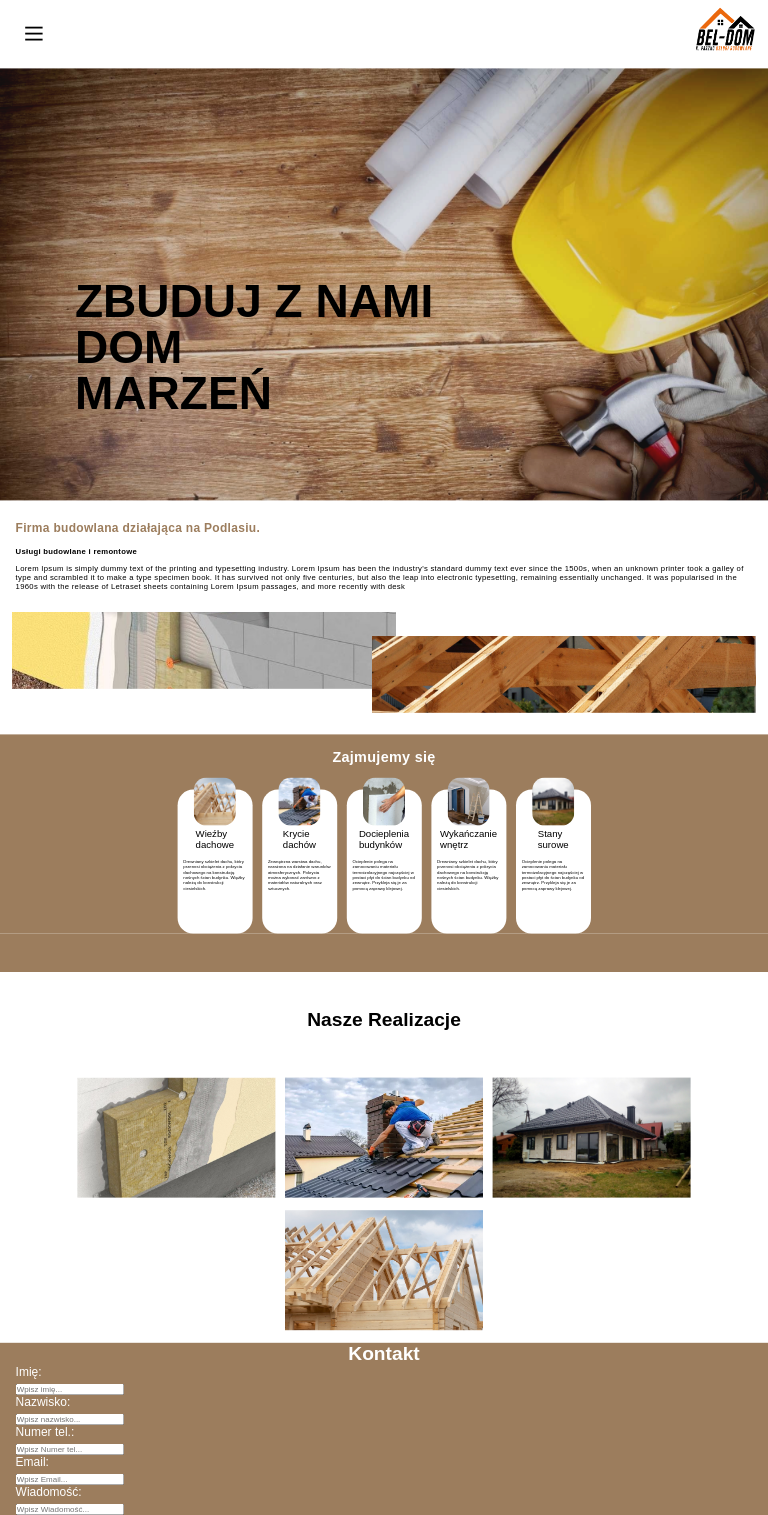
Repository: JakubPaszko2001/bel
Page: index.html
An editor plug-in stored every save of this project. The page is shown before and after the next save, followed by the edit.
The browser window is 1280 px wide. The pictures show the whole page, at 60% of full size.
Some web fonts or font styles are not loaded; a fallback is used.

Above is the page before, as saved 2022-03-05 17:05:59.

### index.html
<!DOCTYPE html>
<html lang="pl-PL">
<head>
    <meta charset="UTF-8">
    <meta http-equiv="X-UA-Compatible" content="IE=edge">
    <meta name="viewport" content="width=device-width, initial-scale=1.0">
    <title>BEL-DOM</title>
    <link rel="preconnect" href="https://fonts.googleapis.com">
    <link rel="preconnect" href="https://fonts.gstatic.com" crossorigin>
    <link href="https://fonts.googleapis.com/css2?family=Prompt:wght@300;400;700&display=swap" rel="stylesheet">
    <link rel="stylesheet" href="style.css">
    <link rel="stylesheet" href="lightbox.min.css">
    <script src="./js/lightbox-plus-jquery.min.js"></script>
</head>
<body>
<!-- HEADER -->
<header>
    <div class="container">
        <!-- SPAN -->
        <button class="hamburger">
            <span class="hamburger--menu">
                <span class="hamburger__inner"></span>
            </span>
        </button>
        <!-- LOGO -->
        <div class="header__logo">
            <img class="logo__pic" src="./images/logo.png" alt="logo">
        </div>
    </div>
</header>
<!-- MAIN -->
<main>
    <!-- NAV -->
    <div class="navigation">
        <ul class="navigation--list">
            <li class="navigation__item"><a href="#">jeden</a></li>
            <li class="navigation__item"><a href="#">dwa</a></li>
            <li class="navigation__item"><a href="#">trzy</a></li>
            <li class="navigation__item"><a href="#">cztery</a></li>
        </ul>
    </div>
    <!-- MAIN CONTAINER -->
    <div class="main--container">
        <div class="background__pic">
            <img src="./images/tlo1.png" alt="background">
        </div>
    <!-- TEXT ON IMG -->
        <h1 class="text">ZBUDUJ Z NAMI <br>DOM <br> MARZEŃ</h1>
    </div>
    <!-- TEXT -->
    <div class="main--text">
        <h1 class="main__text-h1">Firma budowlana działająca na Podlasiu.</h1>
        <h3 class="main__text-h3">Usługi budowlane i remontowe</h3>
        <h4 class="main__text-h4">Lorem Ipsum is simply dummy text of the printing and typesetting industry. Lorem Ipsum has been the industry's standard dummy text ever since the 1500s, when an unknown printer took a galley of type and scrambled it to make a type specimen book. It has survived not only five centuries, but also the leap into electronic typesetting, remaining essentially unchanged. It was popularised in the 1960s with the release of Letraset sheets containing Lorem Ipsum passages, and more recently with desk</h4>
    </div>
    <!-- PHOTOS -->
    <div class="main--photos">
        <img class="photo photo1" src="./images/docieplenie1.png" alt="photo2">
        <img class="photo photo2" src="./images/wiezby.png" alt="photo1">
    </div>
    <!-- CARDS -->
    <div class="cards--container">
        <h2 class="text-h2">Zajmujemy się</h2>
        <div class="cards--container__main">
            <div class="card">
                <div class="card-img">
                    <img class="card-img_style" src="./images/wiezby2.png" alt="wiezby">
                </div>
                <div class="card-title">
                    <div class="h1-title">Wieźby<br>dachowe</div>
                </div>
                <div class="card-text">
                    <div class="h1-text">Drewniany szkielet dachu, który przenosi obciążenia z pokrycia dachowego na konstrukcję nośnych ścian budynku. Więźby należą do konstrukcji ciesielskich.</div>
                </div>
            </div>
            <div class="card">
                <div class="card-img">
                    <img class="card-img_style" src="./images/krycie.png" alt="wiezby">
                </div>
                <div class="card-title">
                    <div class="h1-title">Krycie<br>dachów</div>
                </div>
                <div class="card-text">
                    <div class="h1-text">Zewnętrzna warstwa dachu, narażona na działanie warunków atmosferycznych. Pokrycia można wykonać zarówno z materiałów naturalnych oraz sztucznych.</div>
                </div>
            </div>
            <div class="card">
                <div class="card-img">
                    <img class="card-img_style" src="./images/docieplenie2.png" alt="wiezby">
                </div>
                <div class="card-title">
                    <div class="h1-title">Docieplenia<br>budynków</div>
                </div>
                <div class="card-text">
                    <div class="h1-text">Ocieplenie polega na zamocowaniu materiału termoizolacyjnego najczęściej w postaci płyt do ścian budynku od zewnątrz. Przykleja się je za pomocą zaprawy klejowej.</div>
                </div>
            </div>
            <div class="card">
                <div class="card-img">
                    <img class="card-img_style" src="./images/wnetrza.png" alt="wiezby">
                </div>
                <div class="card-title">
                    <div class="h1-title">Wykańczanie<br>wnętrz</div>
                </div>
                <div class="card-text">
                    <div class="h1-text">Drewniany szkielet dachu, który przenosi obciążenia z pokrycia dachowego na konstrukcję nośnych ścian budynku. Więźby należą do konstrukcji ciesielskich.</div>
                </div>
            </div>
            <div class="card">
                <div class="card-img">
                    <img class="card-img_style" src="./images/surowe.png" alt="wiezby">
                </div>
                <div class="card-title">
                    <div class="h1-title">Stany<br>surowe</div>
                </div>
                <div class="card-text">
                    <div class="h1-text">Ocieplenie polega na zamocowaniu materiału termoizolacyjnego najczęściej w postaci płyt do ścian budynku od zewnątrz. Przykleja się je za pomocą zaprawy klejowej.</div>
                </div>
            </div>
        </div>
    </div>
    <div class="brown"></div>
    <div class="realisation-text">
        <h1 class="realisation-h1">Nasze Realizacje</h1>
    </div>
    <div class="gallery">
        <a href="./images/docieplenie.png" data-lightbox="mygallery"><img class="gallery-img" src="./images/nazwa.png"></a>
        <a href="./images/krycie.png" data-lightbox="mygallery"><img class="gallery-img" src="./images/krycie.png"></a>
        <a href="./images/surowe.png" data-lightbox="mygallery"><img class="gallery-img" src="./images/surowe.png"></a>
        <a href="./images/wiezby2.png" data-lightbox="mygallery"><img class="gallery-img" src="./images/wiezby2.png"></a>
    </div>
    <div class="contact">
        <div class="contact-title">
            <h1>Kontakt</h1>
        </div>
        <div class="contact-text">
            <p class="contact-text-title">Imię:</p><br>
            <input placeholder="Wpisz imię..."></input>
            <p class="contact-text-title">Nazwisko:</p><br>
            <input placeholder="Wpisz nazwisko..."></input>
            <p class="contact-text-title">Numer tel.:</p><br>
            <input placeholder="Wpisz Numer tel..."></input>
            <p class="contact-text-title">Email:</p><br>
            <input placeholder="Wpisz Email..."></input>
            <p class="contact-text-title">Wiadomość:</p><br>
            <input placeholder="Wpisz Wiadomość..."></input>
        </div>
    </div>
</main>
<!-- JS -->
<script src="./js/script.js" type="text/javascript"></script>
</body>
</html>

### style.css
:root {
    /* WEIGHT */
    --ww-bold: 700;
    --ww-normal: 400;
    --ww-small: 300;
    /* COLORS */
    --color-orange: #EB680D;
    --color-white: #ffffff;
    --color-black: #000000;
    --color-brown: #9c7d5d;
    /* SPACING */
    --margin: 1.25em;
    --margin-left: 1.625em;
    /* FONT SIZE */
    --fs-12: 1.25em;
    --fs-10: 0.8em;

}
* {
    margin: 0;
    padding: 0;
    box-sizing: border-box;
    font-family: 'Prompt', sans-serif;
    /* font-family: Arial, Helvetica, sans-serif; */
}
img {
    width: 100%;
    object-fit: cover;
}
.logo__pic {
    width: 6.875em;
    height: 6.875em;
}
.container {
    display: flex;
    margin: 0 var(--margin);
    justify-content: space-between;
    align-items: center;
}
.hamburger {
    padding: var(--margin-left);
    display: inline-block;
    cursor: pointer;
    background: transparent;
    border: 0;
    margin: 0;
}
.hamburger--menu  {
    width: 2.1875em;
    height: var(--margin);
    display: inline-block;
    position: relative;
}
.hamburger__inner {
    z-index: 999;
    width: 100%;
    height: 3px;
    background-color: black;
    position: absolute;
    left: 0;
    top: 50%;
    transform: translateY(-50%);
    transition: background-color 0.1s 0.2s ease-in-out;
}
.hamburger__inner::before,
.hamburger__inner::after {
    content: '';
    width: 100%;
    height: 3px;
    background-color: var(--color-black);
    position: absolute;
    left: 0;
    transition: transform 0.2s 0.2s ease-in-out;

}
.hamburger__inner::before {
    /* transform: translateY(-10px); */
    top: -10px;
}
.hamburger__inner::after {
    /* transform: translateY(10px); */
    top: 10px;
}
.hamburger--active .hamburger__inner {
    background-color: transparent;
}
.hamburger--active .hamburger__inner::before {
    transform: translateY(10px) rotate(45deg);
    background-color: var(--color-orange);
}
.hamburger--active .hamburger__inner::after {
    transform: translateY(-10px) rotate(-45deg);
    background-color: var(--color-orange);
}
.navigation {
    position: absolute;
    top: 0;
    left: 0;
    width: 10.9375em;
    height: 100vh;
    background-color: var(--color-black);
    display: flex;
    flex-direction: column;
    align-items: center;
    transform: translateX(-200px);
    transition: transform 0.3s 0.1s ease-in-out;
    z-index: 100;
}
.navigation--active {
    transform: translateX(0px);
}
.navigation--list {
    list-style: none;
}
.navigation__item {
    margin-bottom: 2.5em;
}
li:first-child {
    margin-top: 9.375em;
}
a {
    text-decoration: none;
    color: var(--color-orange);
    font-size: var(--margin);
}
.main--container {
    position: relative;
    z-index: 1;
}
.text {
    position: absolute;
    bottom: 20%;
    margin-left: var(--margin-left);
    line-height: 1em;
    font-size: 6vw;
    font-weight: var(--ww-bold);
}
.main--text {
    letter-spacing: 0.5px;
    margin: 0 var(--margin-left);
}
.main__text-h1 {
    margin-top: 1.5em;
    margin-bottom: 1.0em;
    font-size: var(--fs-12);
    font-weight: var(--ww-bold);
    color: var(--color-brown);

}
.main__text-h3 {
    font-size: var(--fs-10);
    font-weight: var(--ww-bold);
    margin-bottom: 1em;
}
.main__text-h4 {
    font-size: var(--fs-10);
    font-weight: var(--ww-normal);
}
.main--photos {
    display: flex;
    justify-content: center;
    align-items: center;
    position: relative;
    width: 100%;
    /* border: violet solid; */
    height: 15em;
}
.photo {
    width: 100%;
    height: 8em;
}
.photo1 {
    transform: translate(20px,-20px);
}
.photo2 {
    transform: translate(-20px,20px);
}
.cards--container {
    background: var(--color-brown);
    /* height: 100vh; */
}

.text-h2 {
    padding-top: 1em;
    color: var(--color-white);
    text-align: center;
    letter-spacing: 0.5px;
    padding-bottom: 1.25em;
    /* border: violet solid; */
}
.cards--container__main {
    display: flex;
    flex-wrap: wrap;
    width: 100%;
    justify-content: center;
    align-items: center;
    gap: 1em;
}
.card {
    display: flex;
    flex-direction: column;
    position: relative;
    height: 15em;
    width: 7.8125em;
    /* height: 300px;
    width: 175px; */
    background-color: var(--color-white);
    border-radius: 1.625em;
    margin-top: 0.625em;
}
.card-img {
    display: flex;
    height: 3.75em;
    justify-content: center;
    /* border: black solid; */

}
.card-img_style {
    width: 4.375em;
    height: 5em;
    border-radius: 1.3125em;
    position: absolute;
    top: -20px;
}
.card-title {
    height: 3.125em;
    width: 100%;
    margin-top: 5px;
    /* border: yellow solid; */
}
.h1-title {
    display: flex;
    justify-content: center;
    align-items: center;
    font-weight: var(--ww-normal);
}
.card-text {
    width: 100%;
    height: 100px;
    display: flex;
    flex-wrap: nowrap;
    /* border: green solid; */
}
.h1-text {
    font-size: 0.45em;
    font-weight: var(--ww-normal);
    padding: 0px 10px 10px 10px;
}
.brown {
    display: flex;
    width: 100%;
    height: 4em;
    background-color: var(--color-brown);
}
.realisation-text {
    display: flex;
    justify-content: center;
    align-items: center;
    height: 10em;
}
.gallery {
    display: flex;
    justify-content: center;
    align-items: center;
    flex-wrap: wrap;
    gap: 1em;
    padding: 1em 1em;
}
.gallery-img {
    width: 330px;
    height: 200px;
}
.contact {
    background-color: var(--color-brown);
    display: flex;
    flex-direction: column;
    color: var(--color-white);
}
.contact-title {
    display: flex;
    justify-content: center;
    align-items: center;
}
.contact-text {
    margin-left: var(--margin-left);
}
.contact-text-title {
    font-size: 20px;
    margin-bottom: -10px;
    left: 0;
}

### js/script.js
const hamburger = document.querySelector('.hamburger');
const Click = () => {
    hamburger.classList.toggle('hamburger--active');
}
hamburger.addEventListener('click',Click);

Loaded but not shown: lightbox.min.css (common file); js/lightbox-plus-jquery.min.js (library)

After the next save:
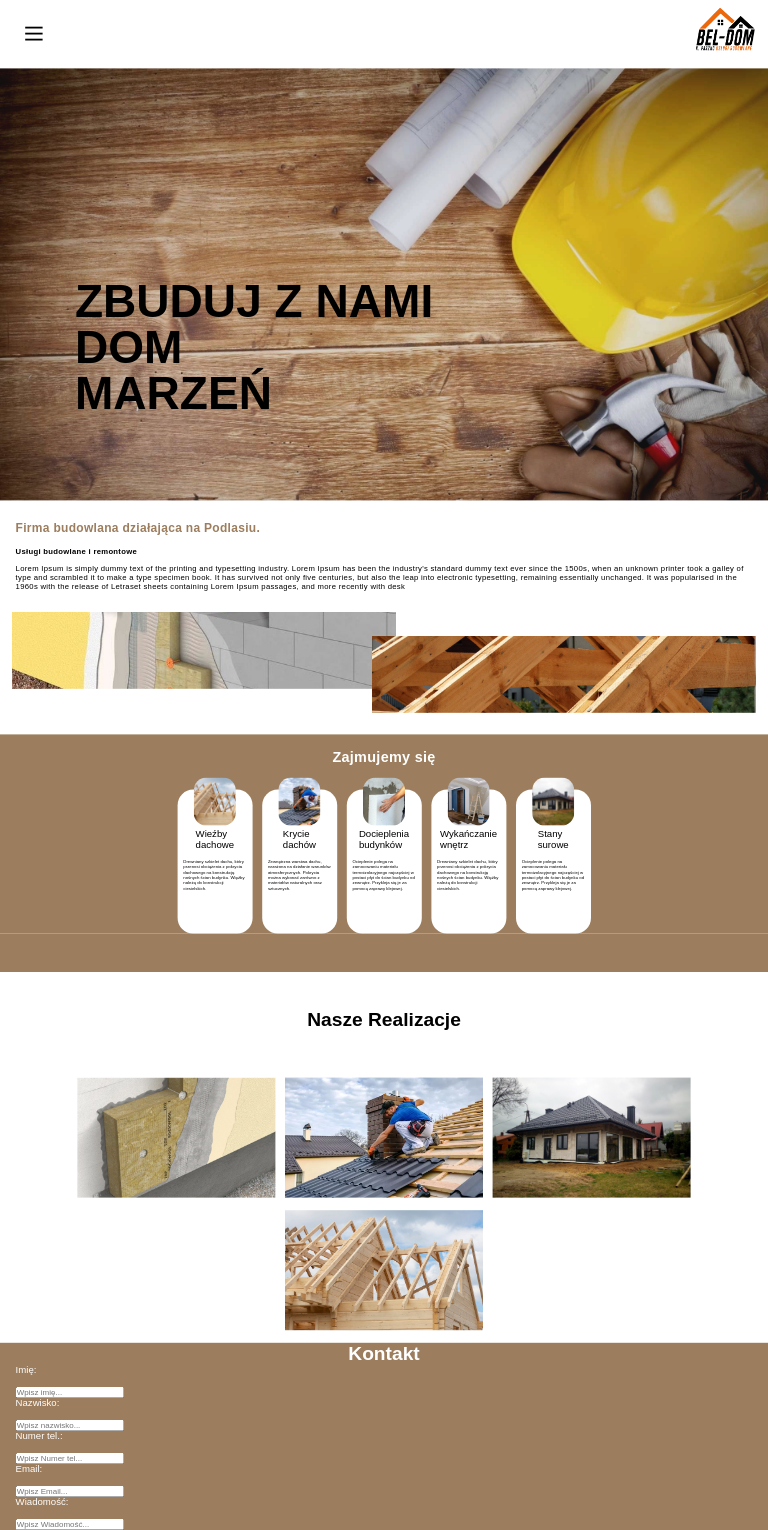
Saved 6 s later.
--- a/style.css
+++ b/style.css
@@ -284,8 +284,3 @@
 .contact-text {
     margin-left: var(--margin-left);
 }
-.contact-text-title {
-    font-size: 20px;
-    margin-bottom: -10px;
-    left: 0;
-}
